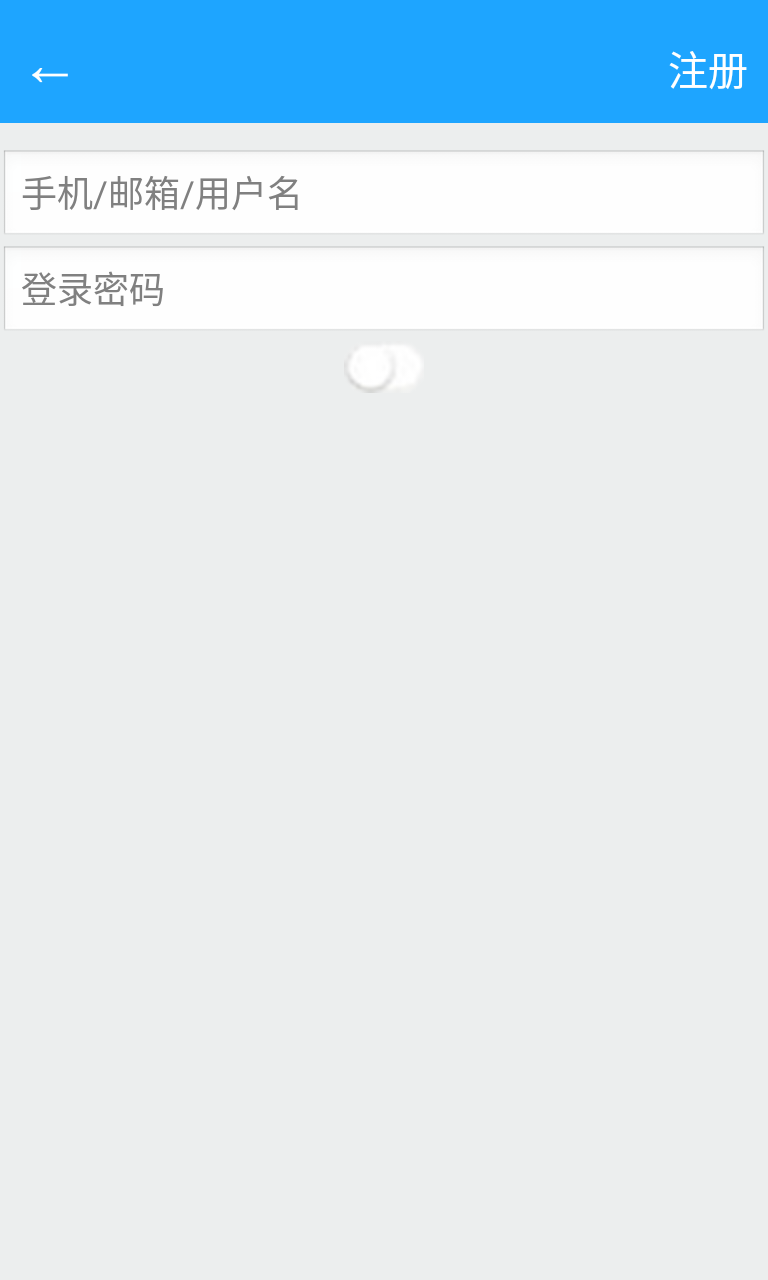
Repository: shi1hh/v
Layout: HungryTest/res/layout/login.xml
These files come from the project's save history. The layout is drawn as it stood at one moment and after the next save; the edit follows.
It is drawn on a 768 x 1280 px phone screen (xhdpi) without system bars, with theme android:Theme.Light.NoTitleBar; the app's code is not run.

Above is the layout before, as saved 2015-10-24 17:34:50.

After the next save:
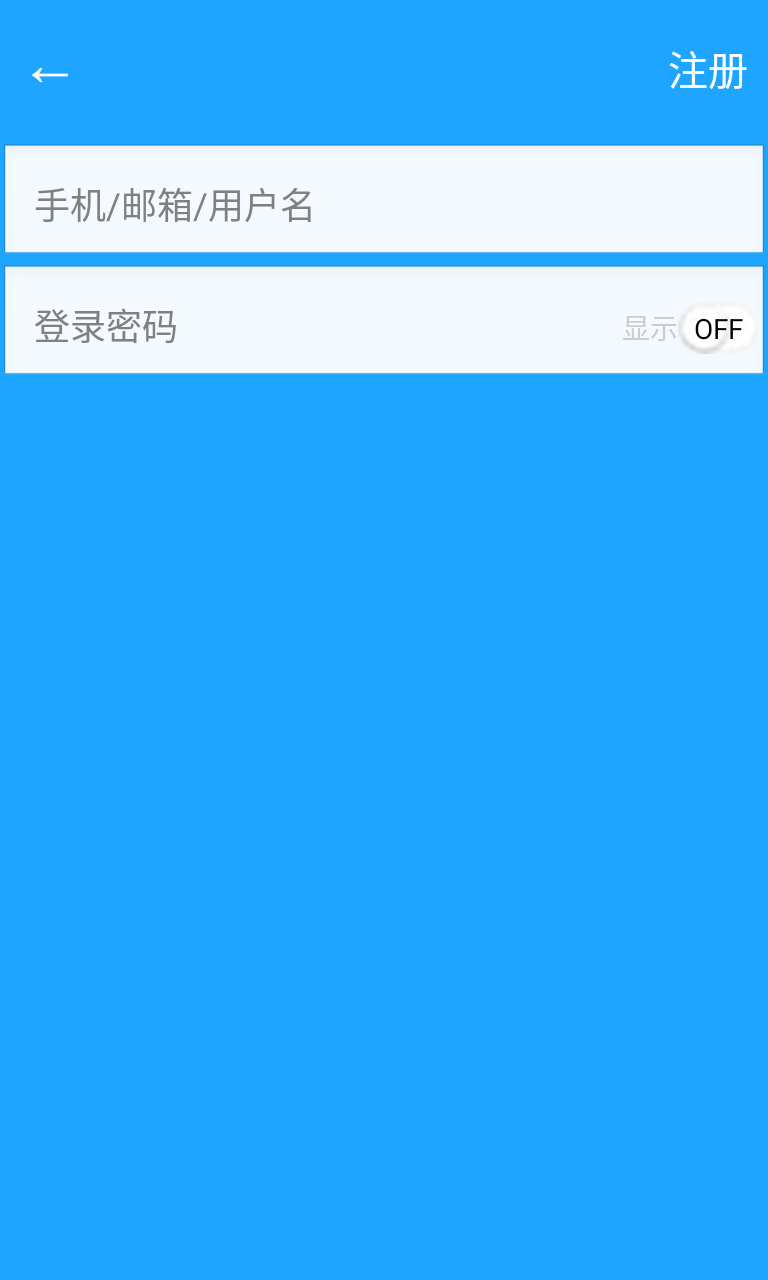
Saved 2 min 45 s later.
--- a/HungryTest/res/layout/login.xml
+++ b/HungryTest/res/layout/login.xml
@@ -2,13 +2,13 @@
 <LinearLayout xmlns:android="http://schemas.android.com/apk/res/android"
     android:id="@+id/linearLayout1"
     android:layout_width="match_parent"
-    android:layout_height="wrap_content"
+    android:layout_height="match_parent"
     android:background="@color/blackground2"
     android:orientation="vertical" >
 
     <RelativeLayout
         android:layout_width="match_parent"
-        android:layout_height="wrap_content"
+        android:layout_height="match_parent"
         android:background="@color/blackground" >
 
         <Button
@@ -34,32 +34,47 @@
             android:background="@color/blackground"
             android:padding="10dp"
             android:text="@string/login_reg" />
+
+        <EditText
+            android:id="@+id/editText_username"
+            android:layout_width="match_parent"
+            android:layout_height="wrap_content"
+            android:padding="@dimen/login_user_pendding"
+            android:layout_marginTop="@dimen/login_usertop_margin"
+            android:layout_below="@+id/button_register"
+            android:ems="10"
+            android:hint="@string/login_user_hint" />
+
+        <EditText
+            android:id="@+id/editText_psw"
+            android:layout_width="match_parent"
+            android:layout_height="wrap_content"
+
+                        android:padding="@dimen/login_user_pendding"
+            android:layout_below="@+id/editText_username"
+            android:ems="10"
+            android:hint="@string/login_psw_hint"
+            android:inputType="textPassword" />
+
+        <ToggleButton
+            android:id="@+id/toggleButton1"
+            android:layout_width="wrap_content"
+            android:layout_height="wrap_content"
+            android:layout_alignBaseline="@+id/editText_psw"
+            android:layout_alignBottom="@+id/editText_psw"
+            android:layout_alignParentRight="true"
+            android:layout_marginRight="5dp"
+            android:background="@drawable/selector_login_toggle" />
+
+        <TextView
+            android:layout_width="wrap_content"
+            android:layout_height="wrap_content"
+            android:layout_alignBaseline="@+id/editText_psw"
+
+            android:layout_toLeftOf="@+id/toggleButton1"
+            android:textColor="@color/text_gray"
+            android:text="显示" />
+
     </RelativeLayout>
 
-    <EditText
-        android:id="@+id/editText_username"
-        android:layout_width="match_parent"
-        android:layout_height="wrap_content"
-        android:layout_marginTop="@dimen/login_usertop_margin"
-        android:ems="10"
-        android:hint="@string/login_user_hint" >
-    </EditText>
-
-    <EditText
-        android:id="@+id/editText_psw"
-        android:layout_width="match_parent"
-        android:layout_height="wrap_content"
-        android:ems="10"
-        android:hint="@string/login_psw_hint"
-        android:inputType="textPassword" >
-    </EditText>
-
-    <ToggleButton
-        android:layout_width="wrap_content"
-        android:layout_height="wrap_content"
-        android:layout_gravity="center"
-        android:background="@drawable/selector_login_toggle"
-        android:textOff=""
-        android:textOn=""/>
-
 </LinearLayout>
